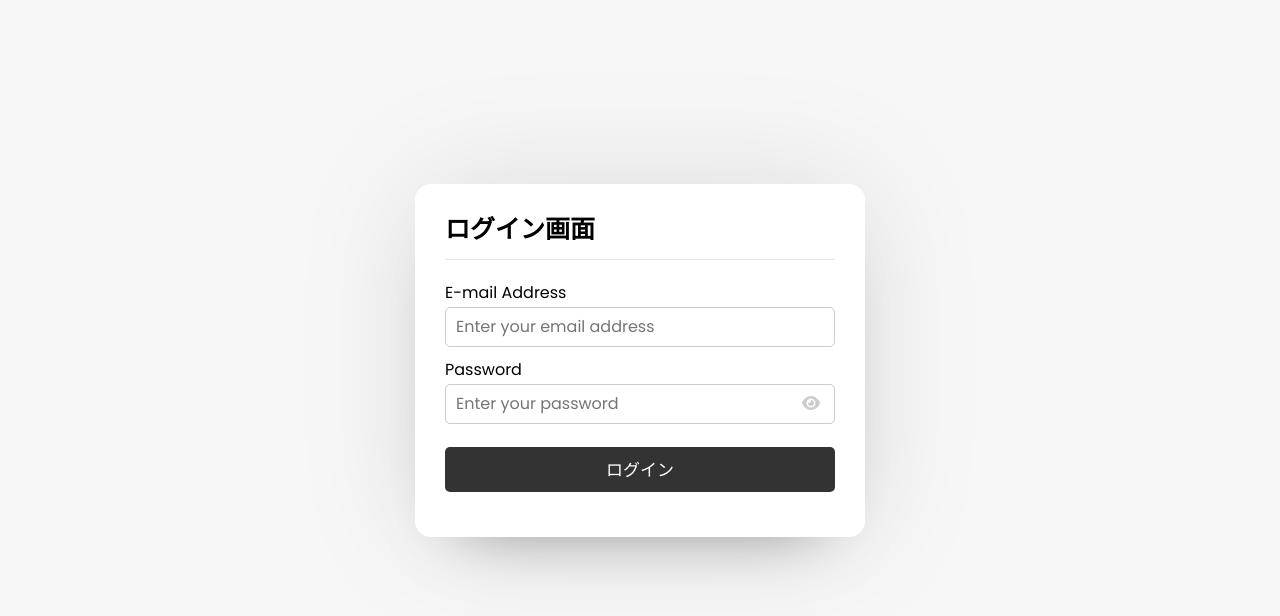
Repository: posse-ap/teamdev-2023-posse1-team3C
Page: http://localhost/admin/auth/signin.php
These files come from the project's save history. The page is drawn as it stood at one moment and after the next save; the edit follows.
The browser window is 1280 px wide. The pictures show the whole page.
Some web libraries are served in a nearby version. The page is run by PHP 8.4 with error messages shown; the project is at /var/www/html/.

Above is the page before, as saved 2023-04-19 18:08:49.

After the next save:
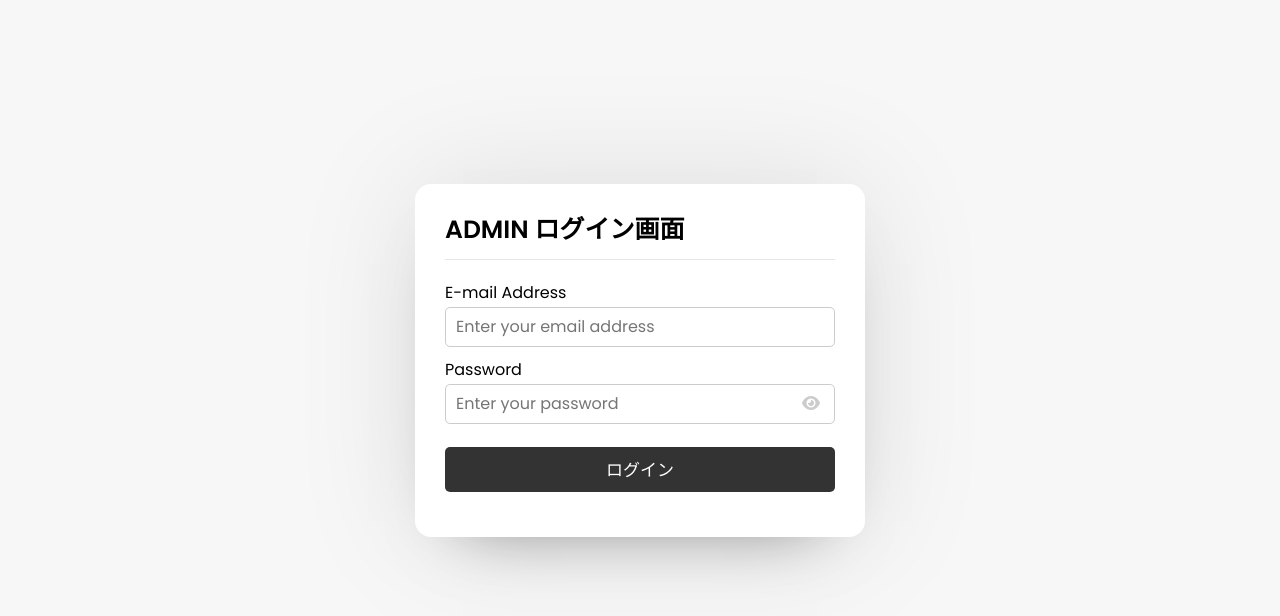
Saved 22 s later.
--- a/src/admin/auth/signin.php
+++ b/src/admin/auth/signin.php
@@ -15,7 +15,7 @@
 <body>
   <div class="wrapper">
     <section class="form login">
-      <header>ログイン画面</header>
+      <header>ADMIN ログイン画面</header>
       <form action="#">
         <div class="error-text"></div>
           <div class="field input">
